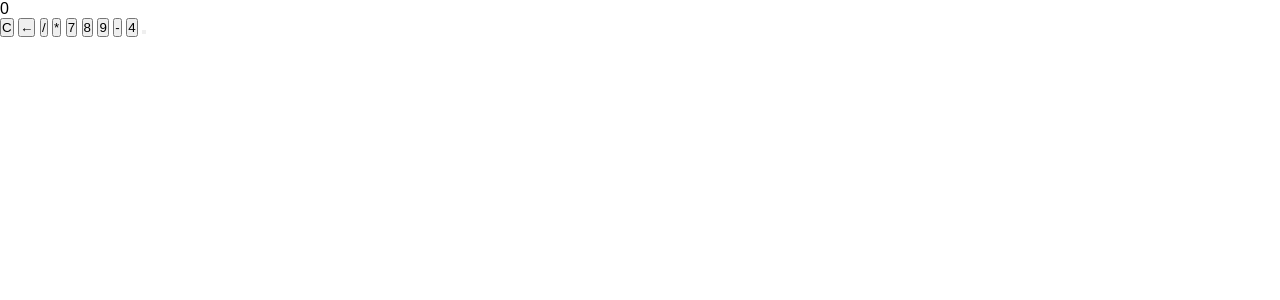
Repository: Herinyhert/Calculator
Page: index.html
These files come from the project's save history. The page is drawn as it stood at one moment and after a run of saves; the edit follows.
The browser window is 1280 px wide. The pictures show the whole page.

Above is the page before, as saved 2023-05-21 20:31:28.

### index.html
<html lang="en">
<head>
    <meta charset="UTF-8">
    <meta http-equiv="X-UA-Compatible" content="IE=edge">
    <meta name="viewport" content="width=device-width, initial-scale=1.0">
    <title>Calculator</title>
    <link rel="stylesheet" href="./css/main.css">
</head>
<body>
    <div class="calcularot">
        <div class="window">0</div>
        <button class="btn">C</button>
        <button class="btn">←</button>
        <button class="btn">/</button>
        <button class="btn">*</button>
        <button class="btn">7</button>
        <button class="btn">8</button>
        <button class="btn">9</button>
        <button class="btn">-</button>
        <button class="btn">4</button>
        <button class="btn"></button>
    </div>

    <script src="./JS/main.js"></script>
</body>
</html>

Loaded but not shown: css/main.css (common file); JS/main.js (no stored copy; drawn as an empty file)

After the next 3 saves:
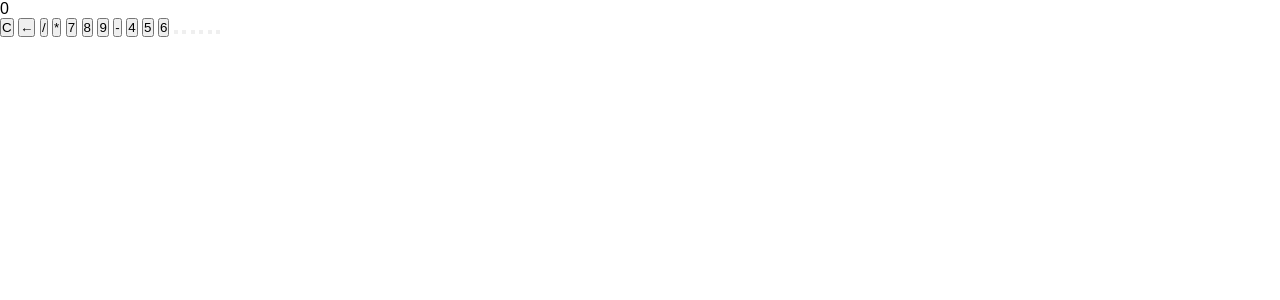
The 3 saves are shown as one change because they came seconds apart.
The last was saved 10 s later.
--- a/index.html
+++ b/index.html
@@ -18,6 +18,13 @@
         <button class="btn">9</button>
         <button class="btn">-</button>
         <button class="btn">4</button>
+        <button class="btn">5</button>
+        <button class="btn">6</button>
+        <button class="btn"></button>
+        <button class="btn"></button>
+        <button class="btn"></button>
+        <button class="btn"></button>
+        <button class="btn"></button>
         <button class="btn"></button>
     </div>
 
